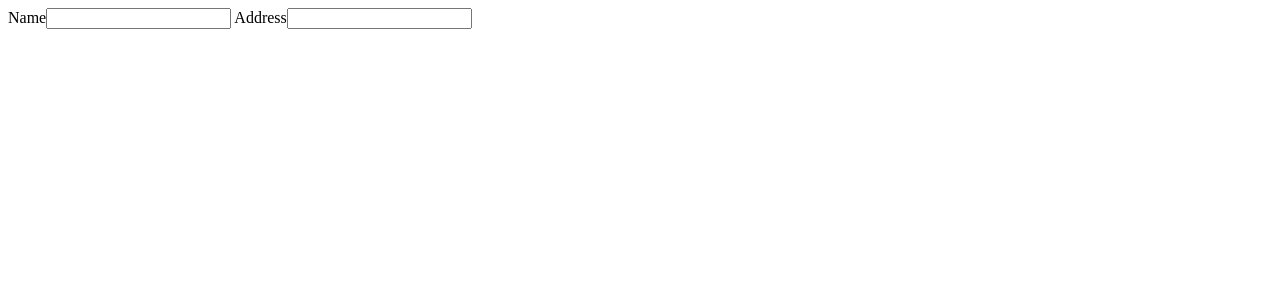
Repository: Ms-Kulkarni/http-server-in-go
Page: static/form.html
The author's editor kept a copy of each file at every save. The page is drawn from the files as they stood at one save, then again after the next save.
The browser window is 1280 px wide. The pictures show the whole page.

Above is the page before, as saved 2024-11-24 01:00:55.

After the next save:
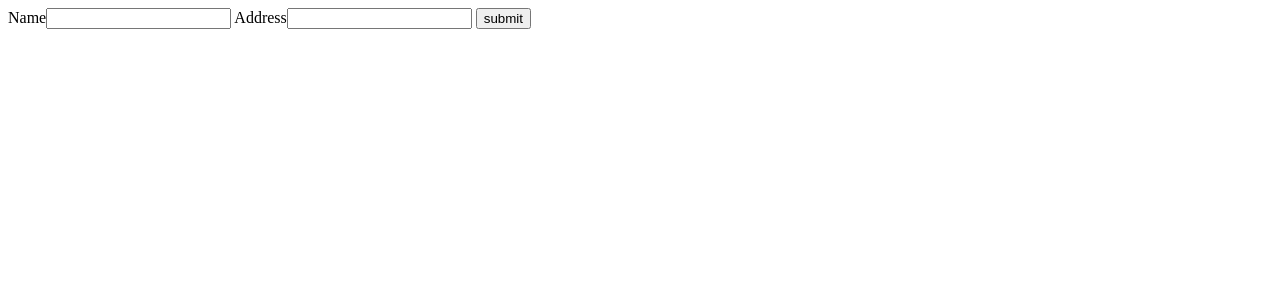
Saved 29 s later.
--- a/static/form.html
+++ b/static/form.html
@@ -13,6 +13,8 @@
         <form method="POST" action="/form">
             <label>Name</label><input name="name" type="text" value="" />
             <label>Address</label><input name="address" type="text" value="" />
+
+            <input type="submit" value="submit" />
         </form>
     </div>
 </body>
